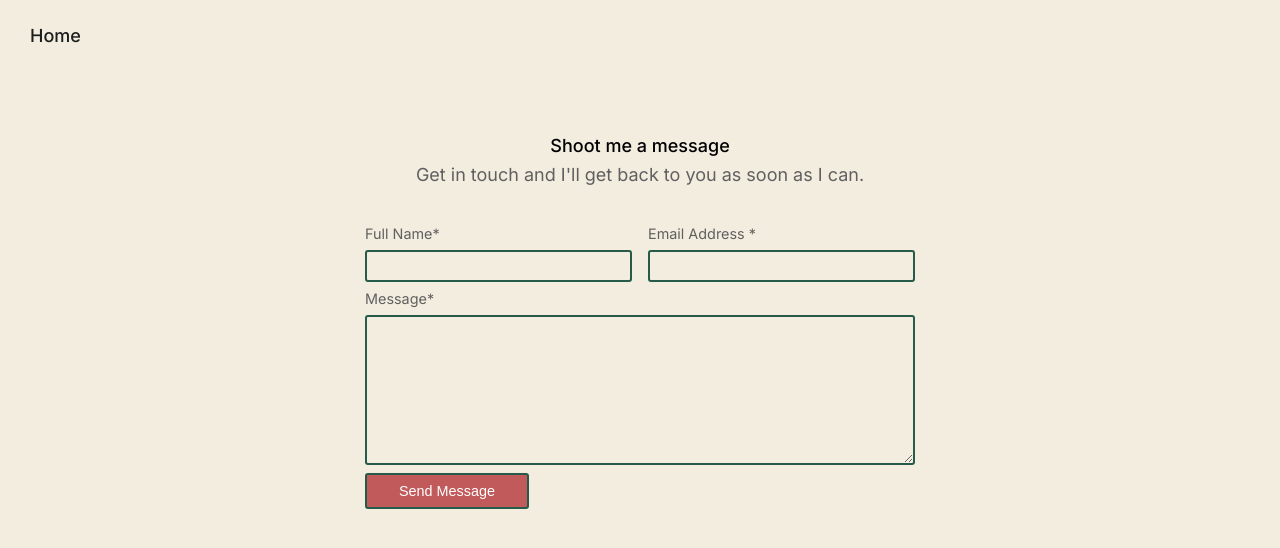
Repository: David-Waite/David-Waite-Portfolio
Page: /contact
These files come from the project's save history. The page is drawn as it stood at one moment and after the next save; the edit follows.
The browser window is 1280 px wide. The pictures show the whole page.
The project was rebuilt for these pictures with package versions that can differ from the ones it lists, and the page was loaded fresh each time. The framework's server and built-in components were replaced by stand-ins that run in the browser. Also part of the build but not shown: next.config.js, app/components/Nav/NavButton/navButton.module.css, app/components/Nav/NavButton/NavButton.tsx.

Above is the page before, as saved 2023-07-26 20:17:01.

After the next save:
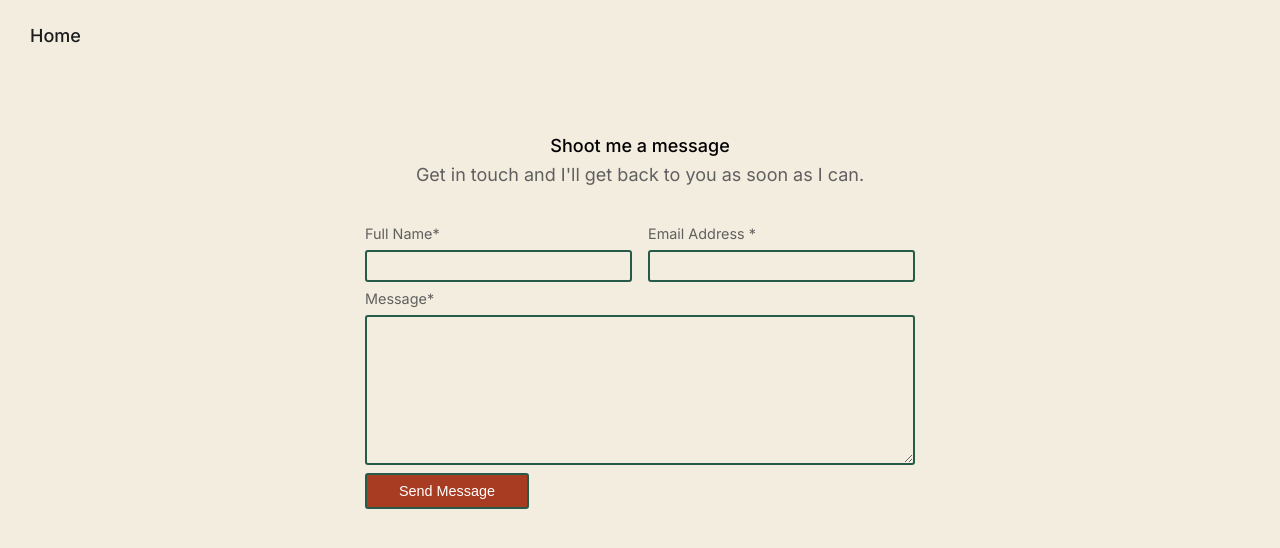
Saved 36 s later.
--- a/app/globals.css
+++ b/app/globals.css
@@ -4,7 +4,7 @@
   --background: #f3eddf;
   --white: #ffffff;
   --grey: #606060;
-  --error: rgb(193, 90, 90);
+  --error: #a83c23;
 }
 
 .paragraph {
